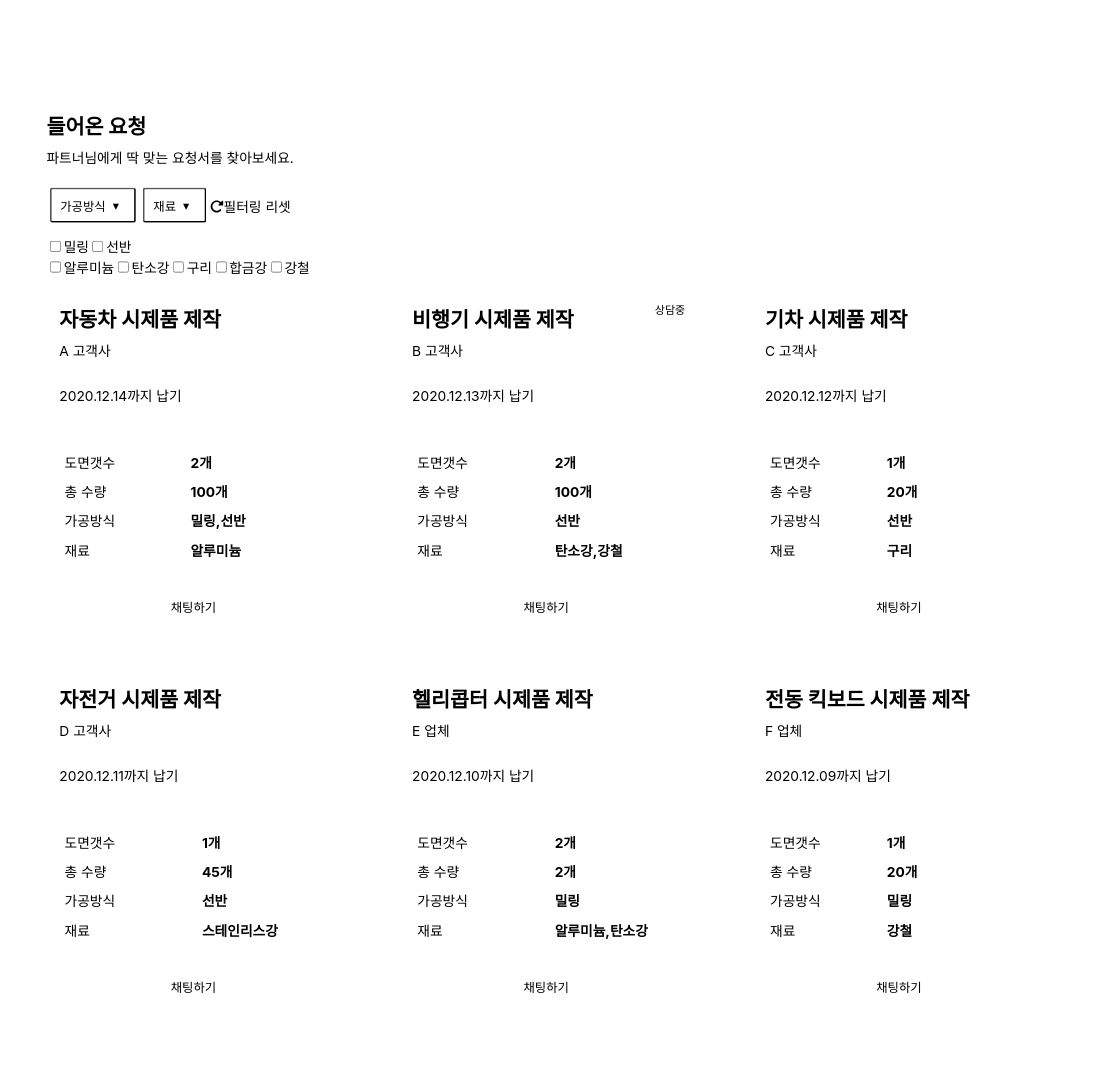
Repository: seoulsaram/capa
Page: /
An editor plug-in stored every save of this project. The page is shown before and after the next save, followed by the edit.
The browser window is 1280 px wide. The pictures show the whole page, at 86% of full size.
The project was rebuilt for these pictures with package versions that can differ from the ones it lists, and the page was loaded fresh each time. Requests to the local data server were answered from the project's data file. Also part of the build but not shown: src/App.css.

Above is the page before, as saved 2021-03-07 16:48:16.

### public/index.html
<!DOCTYPE html>
<html lang="en">
  <head>
    <meta charset="utf-8" />
    <link rel="icon" href="%PUBLIC_URL%/favicon.ico" />
    <meta name="viewport" content="width=device-width, initial-scale=1" />
    <meta name="theme-color" content="#000000" />
    <meta name="description" content="Web site created using create-react-app" />

    <title>React App</title>
  </head>
  <body>
    <noscript>You need to enable JavaScript to run this app.</noscript>
    <div id="root"></div>
  </body>
</html>

### src/index.js
import React from "react";
import ReactDOM from "react-dom";
import "./index.css";
import App from "./app";
import RequestInfo from "./service/request_info";

const requestInfo = new RequestInfo();

ReactDOM.render(
  <React.StrictMode>
    <App requestInfo={requestInfo} />
  </React.StrictMode>,
  document.getElementById("root")
);

### src/App.js
import "./app.css";
import Header from "./components/header/header";
import ItemContainer from "./components/item_container/item_container";
import "@fortawesome/fontawesome-free/js/all.js";

function App({ requestInfo }) {
  return (
    <div>
      <Header />
      <ItemContainer requestInfo={requestInfo} />
    </div>
  );
}

export default App;

### src/service/request_info.js
class RequestInfo {
  constructor() {
    this.getrequestOptions = {
      method: "GET",
    };
  }

  async getInfo() {
    const response = await fetch("http://localhost:3002/requests", this.getrequestOptions);
    const res = await response.json();
    return res;
  }
}

export default RequestInfo;

### src/components/header/header.js
import React, { memo } from "react";
import styles from "./header.module.css";

const Header = (props) => (
  <div className={styles.header}>
    <div className={styles.headerLeft}>
      <p>CAPA</p>
      <p>파트너스</p>
    </div>
    <div className={styles.headerRight}>
      <p>A가공업체</p>
      <div className={styles.line}></div>
      <p>로그아웃</p>
    </div>
  </div>
);

export default Header;

### src/components/item_container/item_container.js
import React, { useEffect, useState } from "react";
import Filter from "../filter/filter";
import RequestBox from "../request_box/request_box";
import styles from "./item_container.module.css";

const ItemContainer = ({ requestInfo }) => {
  const [reqInfo, setReqInfo] = useState([]);

  useEffect(() => {
    requestInfo.getInfo().then((info) => setReqInfo(info));
  }, [requestInfo]);

  const handleFilter = (filter, key) => {};

  return (
    <section className={styles.section}>
      <h2 className={styles.title}>들어온 요청</h2>
      <p className={styles.desc}>파트너님에게 딱 맞는 요청서를 찾아보세요.</p>
      <Filter reqInfo={reqInfo} handleFilter={handleFilter} />

      <ul className={styles.cards}>
        {reqInfo.map((info) => (
          <RequestBox reqInfo={info} key={info.id} />
        ))}
      </ul>
    </section>
  );
};

export default ItemContainer;

### src/components/header/header.module.css
@value MakeBlue from '../../common/color.css';

.header {
  display: flex;
  justify-content: space-between;
  padding: 5px 20px;
  background-color: MakeBlue;
  color: white;
}

.headerLeft {
  display: flex;
  align-items: center;
}

.headerRight {
  display: flex;
  align-items: center;
}

.line {
  width: 2px;
  height: 50%;
  background-color: white;
  margin: 0px 14px;
}

### src/components/filter/filter.jsx
import React, { useState } from "react";
import styles from "./filter.module.css";

const Filter = ({ reqInfo, handleFilter }) => {
  const [checkedMethods, setCheckedMethods] = useState([]);
  const [checkedMaterials, setCheckedMaterials] = useState([]);

  const method = ["밀링", "선반"];
  const material = ["알루미늄", "탄소강", "구리", "합금강", "강철"];

  const handleMethods = (value) => {
    let count = 0;
    const currentIndex = checkedMethods.indexOf(value);
    const newChecked = [...checkedMethods];
    console.log(`currentIndex: ${currentIndex}`);
    if (currentIndex === -1) {
      newChecked.push(value);
      count++;
    } else {
      newChecked.splice(currentIndex, 1);
      count--;
    }
    setCheckedMethods(newChecked);
    handleFilter(newChecked, "method");
  };
  console.log(checkedMethods);

  const handleMaterials = (value) => {
    const currentIndex = checkedMaterials.indexOf(value);
    const newChecked = [...checkedMaterials];
    console.log(`currentIndex: ${currentIndex}`);
    if (currentIndex === -1) {
      newChecked.push(value);
      console.log(newChecked);
    } else {
      newChecked.splice(currentIndex, 1);
    }
    setCheckedMaterials(newChecked);
    handleFilter(newChecked, "material");
  };
  console.log(checkedMaterials);

  return (
    <section className={styles.section}>
      {/* 가공방식 */}
      {/* 1. 값이 든 배열 만들기(done)
      2. 온클릭 이벤트를 만들기(done)
      3. 이벤트에 두 가지 값을 동시에 필터링하는 로직 넣기
      4. checked 주기(done)
      5. 선택된 필터 카운트해서 버튼에 갯수 보여주기(done)
      6.온클릭이벤트로 : 체크드 속성 주고 토글로 해서 아래 필터메뉴 보이기
        7. 리셋필터 기능 넣기
        8. 상담중만 필터하는 기능 넣기
      */}
      <div className={styles.filterContainer}>
        <button className={styles.filterBtn}>
          가공방식{checkedMethods.length > 0 && <p>({checkedMethods.length})</p>}
          <p className={styles.down}>▾</p>
        </button>

        {/* 재료 */}
        <button className={styles.filterBtn}>
          재료{checkedMaterials.length > 0 && <p>({checkedMaterials.length})</p>}
          <p className={styles.down}>▾</p>
        </button>
        {}
        <div className={styles.reset}>
          <i className="fas fa-redo-alt"></i>필터링 리셋
        </div>
      </div>

      <div className={styles.filter}>
        {method.map((methods) => (
          <label htmlFor={methods} key={methods}>
            <input
              type="checkbox"
              name={methods}
              value={methods}
              onChange={(e) => handleMethods(e.currentTarget.value)}
            />
            {methods}
          </label>
        ))}
      </div>

      <div className={styles.filter}>
        {material.map((materials) => (
          <label htmlFor={materials} key={materials}>
            <input
              type="checkbox"
              name={materials}
              value={materials}
              onChange={(e) => handleMaterials(e.currentTarget.value)}
            />
            {materials}
          </label>
        ))}
      </div>

      <div></div>
    </section>
  );
};

export default Filter;

### src/components/request_box/request_box.jsx
import React from "react";
import styles from "./request_box.module.css";

const RequestBox = ({ reqInfo }) => {
  return (
    <div className={styles.card}>
      <div className={styles.top}>
        <div className={styles.titleContainer}>
          <h2>{reqInfo.title}</h2>
          {reqInfo.status === "상담중" && <div className={styles.status}>{reqInfo.status}</div>}
        </div>
        <p className={styles.client}>{reqInfo.client}</p>
        <p className={styles.due}>{reqInfo.due}까지 납기</p>
      </div>
      <div className={styles.line}></div>
      {/* 테이블 로만들기 */}
      <table className={styles.bottom}>
        <tbody className={styles.order}>
          <tr>
            <td className={styles.orderTitle}>도면갯수</td>
            <td className={styles.orderBold}>{reqInfo.count}개</td>
          </tr>
          <tr>
            <td className={styles.orderTitle}>총 수량</td>
            <td className={styles.orderBold}>{reqInfo.amount}개</td>
          </tr>
          <tr>
            <td className={styles.orderTitle}>가공방식</td>
            <td className={styles.orderBold}>{reqInfo.method.join(",")}</td>
          </tr>
          <tr>
            <td className={styles.orderTitle}>재료</td>
            <td className={styles.orderBold}>{reqInfo.material.join(",")}</td>
          </tr>
        </tbody>
      </table>
      <div className={styles.btnContainer}>
        <button className={styles.reqBtn}>요청 내역 보기</button>
        <button className={styles.chatBtn}>채팅하기</button>
      </div>
    </div>
  );
};

export default RequestBox;

### src/components/item_container/item_container.module.css
@value MakeBlue,MakeBlack,MakeLightBlue,MakeGrey,MakeLightGrey,MakeYellow from '../../common/color.css';
.section {
  padding: 54px;
  color: MakeBlack;
}

.title,
.desc {
  margin: 8px 0px;
}

.cards {
  display: flex;
  justify-content: space-between;
  flex-wrap: wrap;
}

### src/components/filter/filter.module.css
@value MakeBlue,MakeBlack,MakeLightBlue,MakeGrey,MakeLightGrey,MakeYellow from '../../common/color.css';

* {
  box-sizing: border-box;
}

.filterContainer {
  display: flex;
  align-items: center;
}

.filterBtn {
  margin: 15px 4px;
  padding: 8px 10px;
  background-color: transparent;
  border: 1px solid MakeLightGrey;
  border-radius: 0.2rem;
  outline: none;
  font-size: 0.9rem;
  cursor: pointer;
  display: flex;
  align-items: center;
  justify-content: space-between;
}

.down {
  color: MakeGrey;
  margin: 0px 8px;
}

.filterBtn:hover {
  border: 1px solid MakeLightBlue;
}

### src/components/request_box/request_box.module.css
@value MakeBlue,MakeBlack,MakeLightBlue,MakeGrey,MakeLightGrey,MakeYellow from '../../common/color.css';

* {
  box-sizing: border-box;
}

ul {
  margin: 0;
  padding: 0;
}

.card {
  width: 30%;
  border: 1px solid MakeLightGrey;
  border-radius: 3px;
  padding: 10px 15px;
  margin-bottom: 15px;
}

.card:hover {
  border: 1px solid MakeLightBlue;
}

.titleContainer {
  display: flex;
  align-items: center;
  justify-content: space-between;
}

.titleContainer > h2 {
  margin-bottom: 0px;
}

.client {
  margin: 8px 0px;
}
.due {
  color: MakeGrey;
  margin-top: 28px;
}

.status {
  border: 1px solid MakeYellow;
  border-radius: 45px;
  padding: 4px;
  font-size: 0.8rem;
  color: MakeYellow;
}

.line {
  width: 98%;
  height: 2px;
  margin: auto;
  background-color: MakeLightGrey;
}
.bottom {
  margin-top: 30px;
  margin-bottom: 15px;
}

td {
  width: 25%;
  padding: 4px;
}

.orderBold {
  font-weight: 700;
}

.reqBtn,
.chatBtn {
  margin: 15px 4px;
  padding: 8px 10px;
  background-color: transparent;
  border: none;
  border-radius: 0.2rem;
  outline: none;
  font-size: 0.9rem;
  cursor: pointer;
}

.reqBtn {
  color: white;
  background-color: MakeLightBlue;
}

.chatBtn {
  border: 1px solid MakeLightBlue;
  color: MakeLightBlue;
}

### db.json
{
  "requests": [
    {
      "id": 1,
      "title": "자동차 시제품 제작",
      "client": "A 고객사",
      "due": "2020.12.14",
      "count": 2,
      "amount": 100,
      "method": ["밀링", "선반"],
      "material": ["알루미늄"],
      "status": "대기중"
    },
    {
      "id": 2,
      "title": "비행기 시제품 제작",
      "client": "B 고객사",
      "due": "2020.12.13",
      "count": 2,
      "amount": 100,
      "method": ["선반"],
      "material": ["탄소강", "강철"],
      "status": "상담중"
    },
    {
      "id": 3,
      "title": "기차 시제품 제작",
      "client": "C 고객사",
      "due": "2020.12.12",
      "count": 1,
      "amount": 20,
      "method": ["선반"],
      "material": ["구리"],
      "status": "대기중"
    },
    {
      "id": 4,
      "title": "자전거 시제품 제작",
      "client": "D 고객사",
      "due": "2020.12.11",
      "count": 1,
      "amount": 45,
      "method": ["선반"],
      "material": ["스테인리스강"],
      "status": "대기중"
    },
    {
      "id": 5,
      "title": "헬리콥터 시제품 제작",
      "client": "E 업체",
      "due": "2020.12.10",
      "count": 2,
      "amount": 2,
      "method": ["밀링"],
      "material": ["알루미늄", "탄소강"],
      "status": "대기중"
    },
    {
      "id": 6,
      "title": "전동 킥보드 시제품 제작",
      "client": "F 업체",
      "due": "2020.12.09",
      "count": 1,
      "amount": 20,
      "method": ["밀링"],
      "material": ["강철"],
      "status": "대기중"
    }
  ]
}

Loaded but not shown: src/index.css (common file)

After the next save:
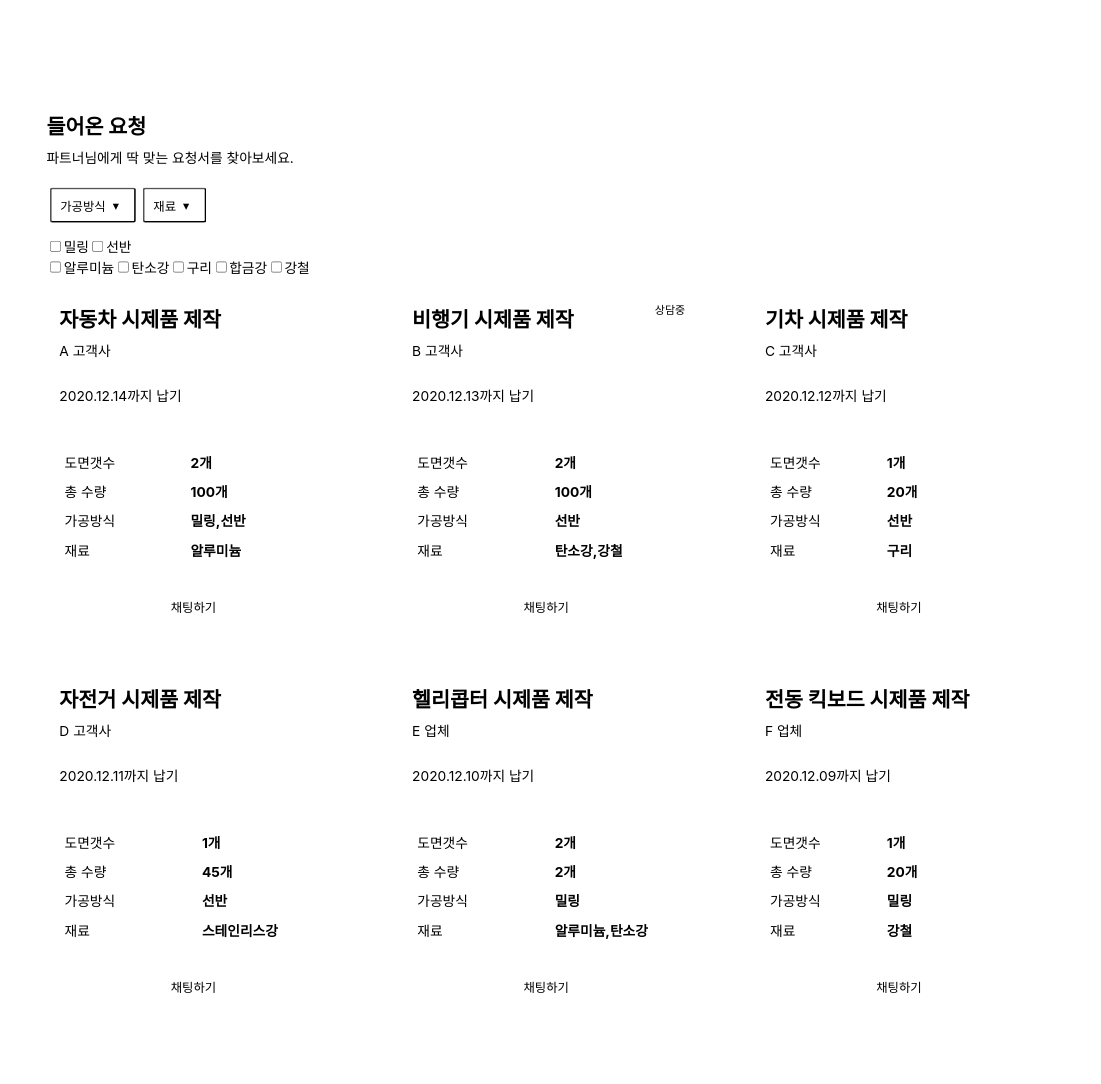
Saved 62 s later.
--- a/src/components/filter/filter.jsx
+++ b/src/components/filter/filter.jsx
@@ -63,10 +63,12 @@
           재료{checkedMaterials.length > 0 && <p>({checkedMaterials.length})</p>}
           <p className={styles.down}>▾</p>
         </button>
-        {}
-        <div className={styles.reset}>
-          <i className="fas fa-redo-alt"></i>필터링 리셋
-        </div>
+        {checkedMethods.length > 0 ||
+          (checkedMaterials.length > 0 && (
+            <div className={styles.reset}>
+              <i className="fas fa-redo-alt"></i>필터링 리셋
+            </div>
+          ))}
       </div>
 
       <div className={styles.filter}>

After the 2 saves that followed:
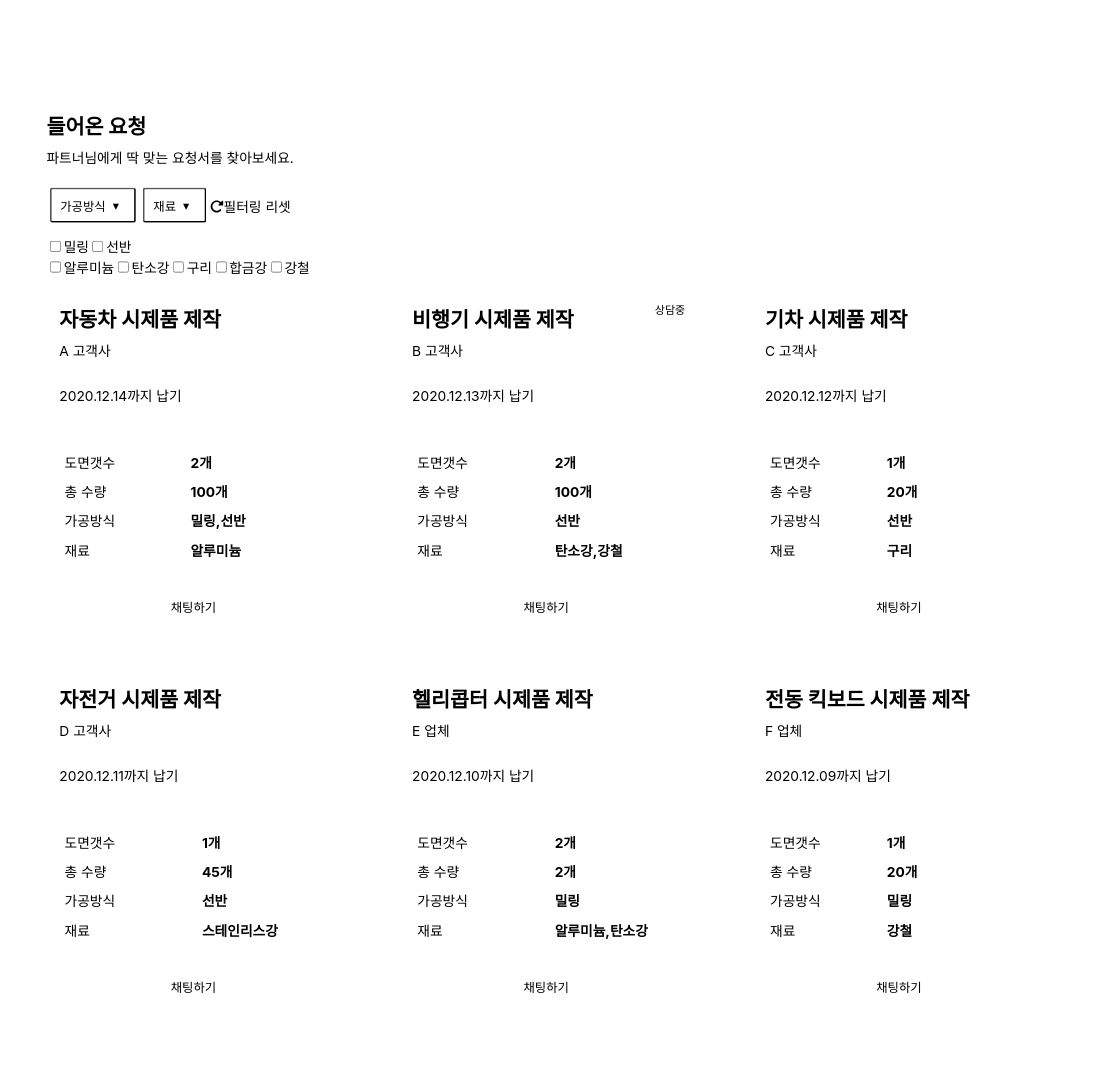
The 2 saves are shown as one change because 1 did not build or start.
The last was saved 2 min 41 s later.
--- a/src/components/filter/filter.jsx
+++ b/src/components/filter/filter.jsx
@@ -63,12 +63,11 @@
           재료{checkedMaterials.length > 0 && <p>({checkedMaterials.length})</p>}
           <p className={styles.down}>▾</p>
         </button>
-        {checkedMethods.length > 0 ||
-          (checkedMaterials.length > 0 && (
-            <div className={styles.reset}>
-              <i className="fas fa-redo-alt"></i>필터링 리셋
-            </div>
-          ))}
+        {checkedMethods.length > 0 || checkedMaterials.length > 0 || (
+          <div className={styles.reset}>
+            <i className="fas fa-redo-alt"></i>필터링 리셋
+          </div>
+        )}
       </div>
 
       <div className={styles.filter}>
